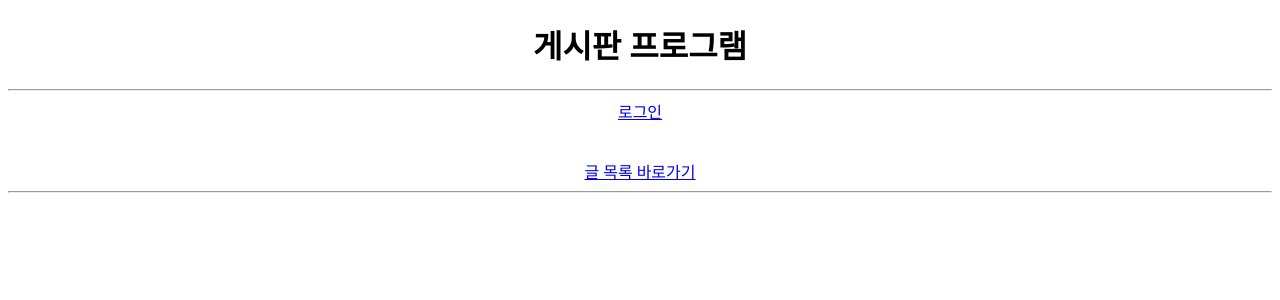
Repository: eunbi99/Spring_Study
Page: http://localhost/BoardWeb/
An editor plug-in stored every save of this project. The page is shown before and after the next save, followed by the edit.
The browser window is 1280 px wide. The pictures show the whole page.
The page is served by Tomcat 9. Nobody is signed in. The application's start-up code is not run.

Above is the page before, as saved 2021-06-09 06:34:07.

After the next save:
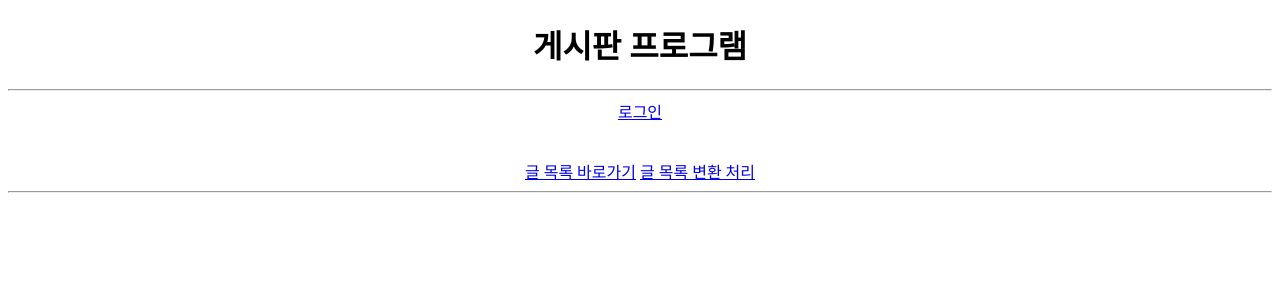
Saved 10 min 21 s later.
--- a/BoardWeb/src/main/webapp/index.jsp
+++ b/BoardWeb/src/main/webapp/index.jsp
@@ -13,6 +13,7 @@
 	<hr>
 		<a href="login.do">로그인</a><br><br><br>
 		<a href="getBoardList.do">글 목록 바로가기</a>
+		<a href="dataTransform.do">글 목록 변환 처리</a><br>
 	<hr>
 </center>
 </body>
